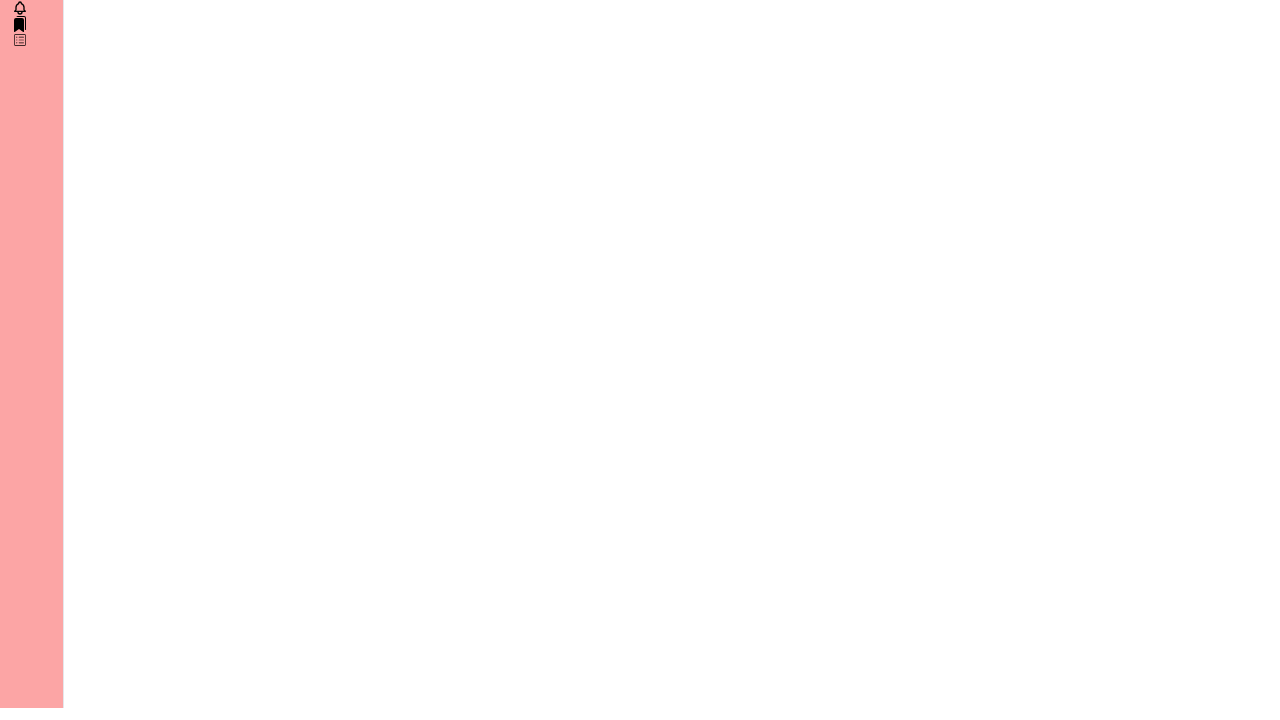
Repository: hisreal123/yt-build
Page: /Components/Menu
An editor plug-in stored every save of this project. The page is shown before and after a run of saves, followed by the edit.
The browser window is 1280 px wide. The pictures show the whole page.
The project was rebuilt for these pictures with package versions that can differ from the ones it lists, and the page was loaded fresh each time. The framework's server and built-in components were replaced by stand-ins that run in the browser. Also part of the build but not shown: next.config.js.

Above is the page before, as saved 2022-11-12 01:22:50.

After the next 4 saves:
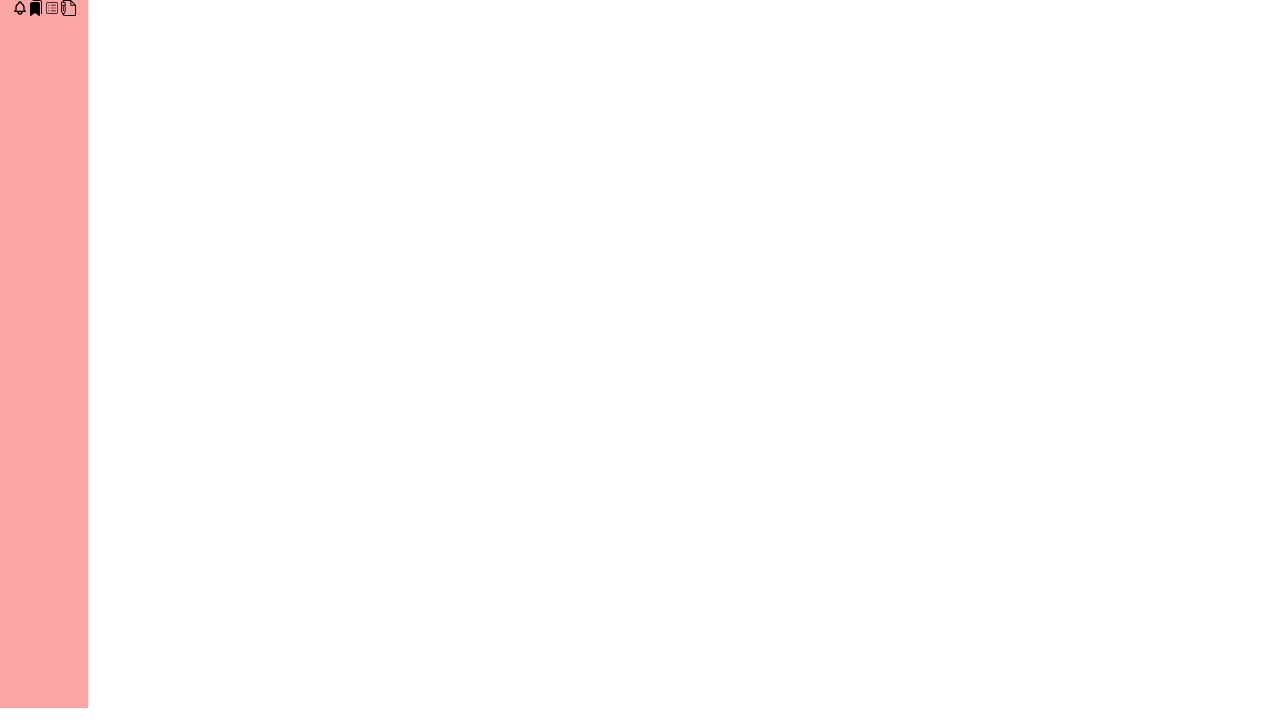
The 4 saves are shown as one change because 1 did not build or start and some came seconds apart.
The last was saved 21 s later.
--- a/pages/Components/Menu.tsx
+++ b/pages/Components/Menu.tsx
@@ -14,12 +14,12 @@
       <CiSearch className=" lg:hidden" />
       <CgProfile className=" lg:hidden" />
 
-      <div className="lgScreen hidden lg:block">
+      <div className="lgScreen hidden lg:flex ">
         <SlHome className="lg:hidden" />
         <HiOutlineBell />
         <BsFillBookmarksFill />
         <CiViewList />
-
+        <TfiWrite />
       </div>
     </div>
   );

After the save that followed:
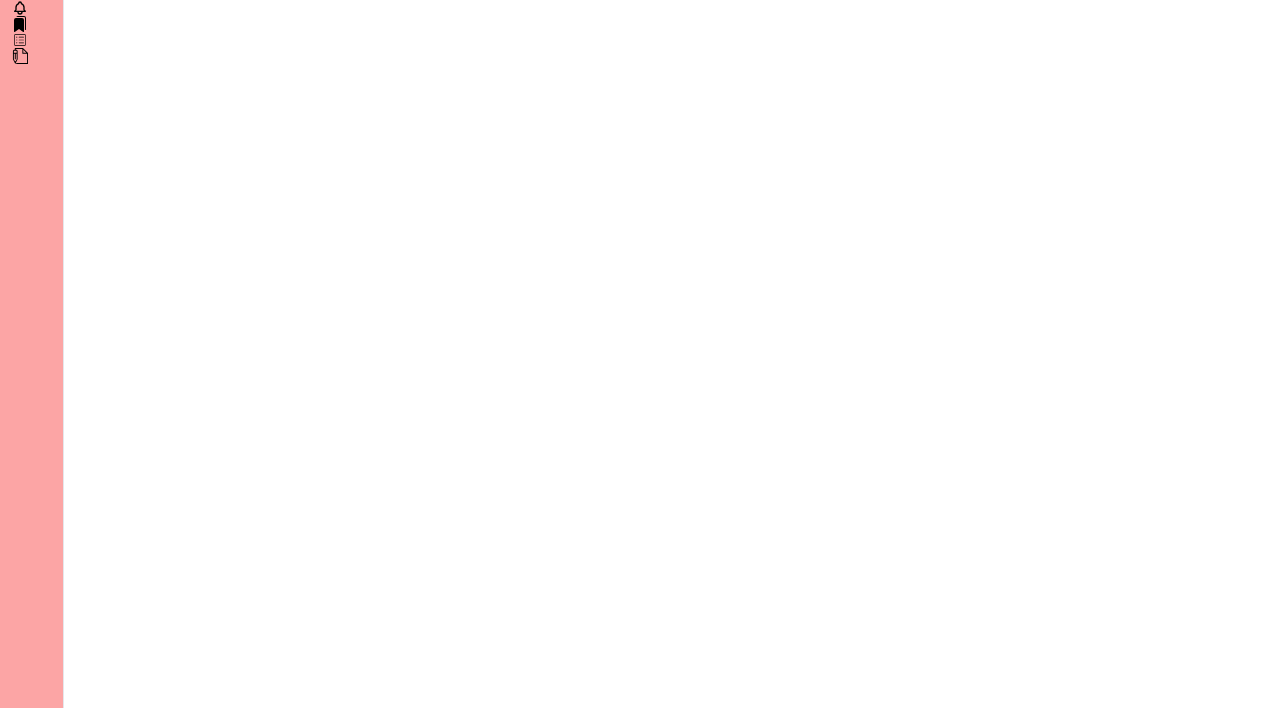
Saved 94 s later.
--- a/pages/Components/Menu.tsx
+++ b/pages/Components/Menu.tsx
@@ -14,7 +14,7 @@
       <CiSearch className=" lg:hidden" />
       <CgProfile className=" lg:hidden" />
 
-      <div className="lgScreen hidden lg:flex ">
+      <div className="lgScreen hidden lg:flex flex-col">
         <SlHome className="lg:hidden" />
         <HiOutlineBell />
         <BsFillBookmarksFill />
